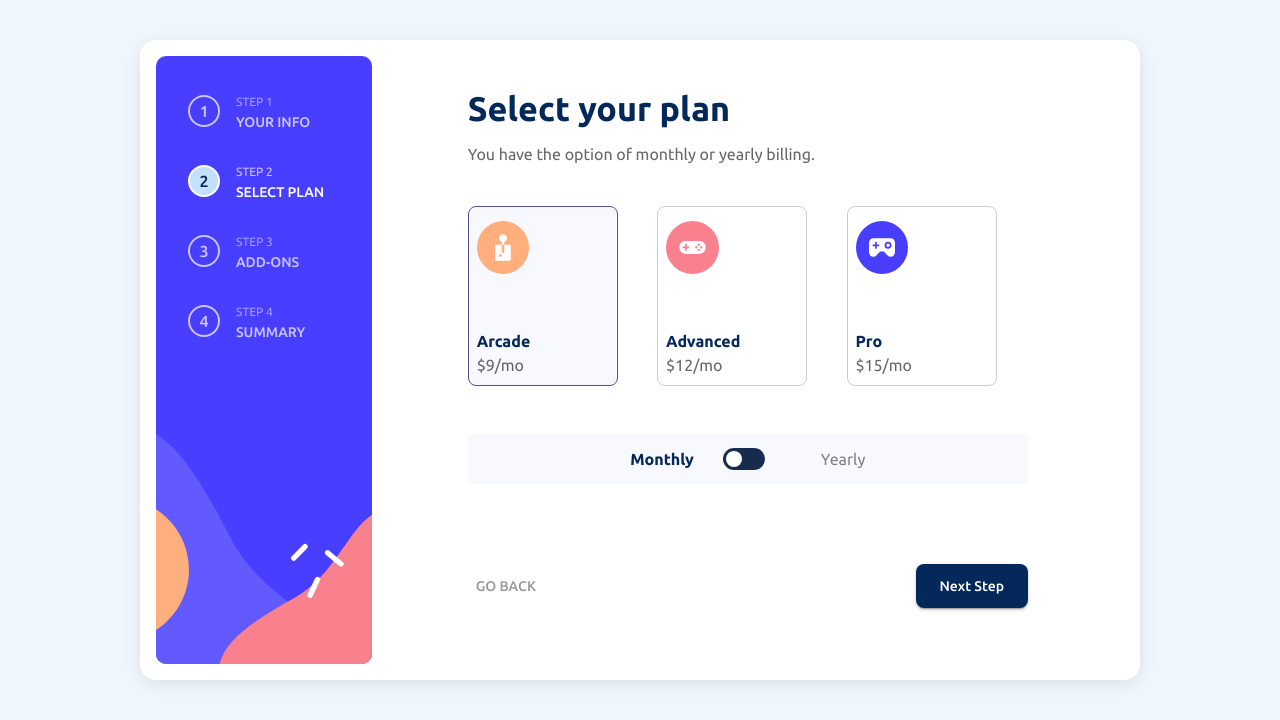
Repository: ozerrrs/chalange7days
Page: / (app in 7dayschalange/7dayschallange/), after clicking the first element matching `button.MuiButtonBase-root`
An editor plug-in stored every save of this project. The page is shown before and after the next save, followed by the edit.
The browser window is 1280 px wide. The pictures show the whole page.
The project was rebuilt for these pictures with package versions that can differ from the ones it lists, and the page was loaded fresh each time. Also part of the build but not shown: 7dayschalange/7dayschallange/vite.config.js.

Above is the page before, as saved 2025-03-06 22:38:25.

### 7dayschalange/7dayschallange/src/main.jsx
import * as React from "react";
import * as ReactDOM from "react-dom/client";
import { ThemeProvider } from "@mui/material/styles";
import { CssBaseline } from "@mui/material";
import theme from "./theme/theme";
import App from "./App";
import "./index.css";
ReactDOM.createRoot(document.getElementById("root")).render(
  <React.StrictMode>
    <ThemeProvider theme={theme}>
      <CssBaseline />
      <App />
    </ThemeProvider>
  </React.StrictMode>
);

### 7dayschalange/7dayschallange/src/theme/theme.jsx
import { createTheme } from "@mui/material/styles";

const theme = createTheme({
  typography: {
    fontFamily: "'Ubuntu', sans-serif",
    h4: {
      fontWeight: 700,
    },
    h2: {
      fontWeight: 500,
    },
  },
  components: {
    MuiCssBaseline: {
      styleOverrides: `
        body {
          background-color: #f0f7ff;
        }
      `,
    },
  },
});

export default theme;

### 7dayschalange/7dayschallange/src/App.jsx
import { Routes, Route, BrowserRouter } from "react-router-dom";
import FirstPage from "./pages/firstPage";
import "@fontsource/ubuntu/400.css"; // Regular
import "@fontsource/ubuntu/500.css"; // Medium
import "@fontsource/ubuntu/700.css"; // Bold
function App() {
  return (
    <BrowserRouter>
      <Routes>
        <Route path="/" element={<FirstPage />} />
        {/* <Route path="/about" element={<About />} />
          <Route path="/login" element={<Login />} />
          <Route path="/register" element={<Register />} /> */}
      </Routes>
    </BrowserRouter>
  );
}
export default App;

### 7dayschalange/7dayschallange/src/index.css
#root {
  height: 100vh;
  width: 100vw;
  background-color: #f0f7ff;
}

### 7dayschalange/7dayschallange/src/pages/firstPage.jsx
import React, { useState } from "react";
import {
  Box,
  TextField,
  Typography,
  Button,
  Stepper,
  Step,
  StepLabel,
  Paper,
  Container,
  Grid,
  CssBaseline,
  Radio,
  RadioGroup,
  FormControlLabel,
  FormControl,
  FormGroup,
  Switch,
} from "@mui/material";
import { styled, ThemeProvider } from "@mui/material/styles";
// Import the background image for the sidebar
import backgroundNav from "../assets/bg-sidebar-desktop.svg";
import arcadeIcon from "../assets/icon-arcade.svg";
import advancedIcon from "../assets/icon-advanced.svg";
import proIcon from "../assets/icon-pro.svg";

const FormContainer = styled(Paper)(({ theme }) => ({
  padding: theme.spacing(2),
  borderRadius: 16,
  boxShadow: "0px 4px 20px rgba(0, 0, 0, 0.1)",
  display: "flex",
  overflow: "hidden",
  minWidth: 1000,
  minHeight: 640,
  margin: "0 auto",
  position: "absolute",
  top: "50%",
  left: "50%",
  transform: "translate(-50%, -50%)",
}));

const SideBar = styled(Box)(({ theme }) => ({
  padding: theme.spacing(4),
  borderRadius: "10px 10px 10px 10px",
  color: "white",
  width: 274,
  position: "relative",
  overflow: "hidden",
  background: "none",
  minHeight: 568,
}));

const ContentArea = styled(Box)(({ theme }) => ({
  paddingLeft: theme.spacing(12),
  paddingRight: theme.spacing(12),
  paddingTop: theme.spacing(4),
  paddingBottom: theme.spacing(4),
  width: "100%",
  height: 568, // Fixed height to match sidebar
  display: "flex",
  flexDirection: "column",
  justifyContent: "space-between", // This will push the button to the bottom
}));

const NextButton = styled(Button)(({ theme }) => ({
  backgroundColor: "#04285a",
  color: "white",
  borderRadius: 8,
  padding: "10px 24px",
  textTransform: "none", // This prevents uppercase text

  "&:hover": {
    backgroundColor: "#172b4d",
  },
}));

const StyledTextField = styled(TextField)(({ theme }) => ({
  marginBottom: theme.spacing(2),
  "& .MuiOutlinedInput-root": {
    borderRadius: "10px",
    "& fieldset": {
      borderRadius: "10px",
    },
  },
}));

const StepNumber = styled(Box)(({ theme, active }) => ({
  width: 32,
  height: 32,
  borderRadius: "50%",
  border: "2px solid white",
  display: "flex",
  alignItems: "center",
  justifyContent: "center",
  marginRight: theme.spacing(2),
  backgroundColor: active ? "#c3e0ff" : "transparent", // Blue background when active
  color: active ? "#04285a" : "white",
  fontWeight: 500,
}));

const StepItem = styled(Box)(({ theme, active }) => ({
  display: "flex",
  alignItems: "center",
  marginBottom: theme.spacing(3),
  opacity: active ? 1 : 0.7,
}));

const PlanCard = styled(Box)(({ theme, selected }) => ({
  padding: theme.spacing(1),
  borderRadius: 8,
  flex: 1,
  border: selected ? "1px solid #544e98" : "1px solid #ccc",
  backgroundColor: selected ? "#f8f9ff" : "transparent",
  cursor: "pointer",
  width: "150px",
  height: "180px",
  transition: "all 0.2s ease-in-out",
  display: "flex",
  flexDirection: "column",
  alignItems: "flex-start",
  justifyContent: "space-between",

  "&:hover": {
    borderColor: "#04285a",
  },
}));

const MonthlyYearlyCard = styled(Box)(({ theme }) => ({
  padding: theme.spacing(1),
  borderRadius: 4,
  backgroundColor: "#f8f9ff",
  width: "%100",
  height: "50px",
  display: "flex",
  flexDirection: "row",
  alignItems: "center",
  justifyContent: "center",
  marginTop: theme.spacing(6),
  marginBottom: theme.spacing(6),
}));

const AddOnsCard = styled(Box)(({ theme, selected }) => ({
  padding: theme.spacing(1),
  borderRadius: 8,
  flex: 1,
  border: selected ? "1px solid #544e98" : "1px solid #ccc",
  backgroundColor: selected ? "#f8f9ff" : "transparent",
  cursor: "pointer",
  width: "%20",
  height: "%60",
  transition: "all 0.2s ease-in-out",
  display: "flex",
  flexDirection: "column",
  alignItems: "flex-start",
  justifyContent: "space-between",

  "&:hover": {
    borderColor: "#04285a",
  },
}));

const CustomStyledSwitch = styled(Switch)(({ theme }) => ({
  padding: 8,
  "& .MuiSwitch-track": {
    borderRadius: 22 / 2,
    opacity: 1,
  },
  "& .MuiSwitch-thumb": {
    backgroundColor: "white",
    boxShadow: "none",
    width: 16,
    height: 16,
    margin: 2,
  },
  "& .MuiSwitch-switchBase.Mui-checked + .MuiSwitch-track": {
    backgroundColor: "#172b4d",
    opacity: 1,
  },
  "& .MuiSwitch-switchBase + .MuiSwitch-track": {
    backgroundColor: "#172b4d",
  },
}));

const steps = [
  { label: "YOUR INFO", description: "Personal details" },
  { label: "SELECT PLAN", description: "Choose your plan" },
  { label: "ADD-ONS", description: "Add extra features" },
  { label: "SUMMARY", description: "Review your order" },
];

function MultiStepForm() {
  const [activeStep, setActiveStep] = useState(0);
  const [formData, setFormData] = useState({
    name: "",
    email: "",
    phone: "",
    plan: "arcade",
    billingCycle: "monthly",
    pickArray: [],
  });

  const handleInputChange = (e) => {
    const { name, value } = e.target;
    setFormData({
      ...formData,
      [name]: value,
    });
  };

  const handlePlanChange = (event) => {
    setFormData({
      ...formData,
      plan: event.target.value,
    });
  };

  const handleBillingCycleChange = (event) => {
    setFormData({
      ...formData,
      billingCycle: event.target.checked ? "yearly" : "monthly",
    });
  };

  const handleNext = () => {
    setActiveStep((prevActiveStep) => prevActiveStep + 1);
  };

  const handleBack = () => {
    setActiveStep((prevActiveStep) => prevActiveStep - 1);
  };

  const getStepContent = (step) => {
    switch (step) {
      case 0:
        return (
          <Box>
            <Typography
              variant="h4"
              gutterBottom
              fontWeight="bold"
              sx={{ color: "#04285a" }}
            >
              Personal info
            </Typography>
            <Typography color="textSecondary" paragraph>
              Please provide your name, email address, and phone number.
            </Typography>

            <Box mt={3}>
              <Typography fontWeight={500} mb={1} sx={{ color: "#04285a" }}>
                Name
              </Typography>
              <StyledTextField
                fullWidth
                placeholder="e.g. Stephen King"
                name="name"
                value={formData.name}
                onChange={handleInputChange}
                variant="outlined"
              />

              <Typography fontWeight={500} mb={1} sx={{ color: "#04285a" }}>
                Email Address
              </Typography>

              <StyledTextField
                fullWidth
                placeholder="e.g. stephenking@lorem.com"
                name="email"
                value={formData.email}
                onChange={handleInputChange}
                variant="outlined"
              />

              <Typography fontWeight={500} mb={1} sx={{ color: "#04285a" }}>
                Phone Number
              </Typography>

              <StyledTextField
                fullWidth
                placeholder="e.g. +1 234 567 890"
                name="phone"
                value={formData.phone}
                onChange={handleInputChange}
                variant="outlined"
              />
            </Box>
          </Box>
        );
      case 1:
        return (
          <Box>
            <Typography
              variant="h4"
              gutterBottom
              fontWeight="bold"
              sx={{ color: "#04285a" }}
            >
              Select your plan
            </Typography>
            <Typography color="textSecondary" paragraph>
              You have the option of monthly or yearly billing.
            </Typography>

            <FormControl component="fieldset" sx={{ width: "100%", mt: 3 }}>
              <RadioGroup
                aria-label="plan"
                name="plan"
                value={formData.plan}
                onChange={handlePlanChange}
                sx={{ display: "flex", flexDirection: "row", gap: "8px" }} // Further reduced gap between plan cards
              >
                <FormControlLabel
                  value="arcade"
                  control={<Radio sx={{ display: "none" }} />}
                  label={
                    <PlanCard selected={formData.plan === "arcade"}>
                      <img
                        src={arcadeIcon}
                        alt="background"
                        style={{
                          width: "40%",
                          height: "40%",
                          objectFit: "contain",
                        }}
                      />
                      <Box sx={{ width: "100%" }}>
                        <Typography fontWeight="bold" sx={{ color: "#04285a" }}>
                          Arcade
                        </Typography>
                        <Typography color="textSecondary">
                          {formData.billingCycle === "monthly"
                            ? "$9/mo"
                            : "$90/yr"}
                        </Typography>
                        {formData.billingCycle === "yearly" && (
                          <Typography variant="caption" color="primary">
                            2 months free
                          </Typography>
                        )}
                      </Box>
                    </PlanCard>
                  }
                  sx={{ margin: 0, flex: 1 }}
                />

                <FormControlLabel
                  value="advanced"
                  control={<Radio sx={{ display: "none" }} />}
                  label={
                    <PlanCard selected={formData.plan === "advanced"}>
                      <img
                        src={advancedIcon}
                        alt="background"
                        style={{
                          width: "40%",
                          height: "40%",
                          objectFit: "contain",
                        }}
                      />
                      <Box sx={{ width: "100%" }}>
                        <Typography fontWeight="bold" sx={{ color: "#04285a" }}>
                          Advanced
                        </Typography>
                        <Typography color="textSecondary">
                          {formData.billingCycle === "monthly"
                            ? "$12/mo"
                            : "$120/yr"}
                        </Typography>
                        {formData.billingCycle === "yearly" && (
                          <Typography variant="caption" color="primary">
                            2 months free
                          </Typography>
                        )}
                      </Box>
                    </PlanCard>
                  }
                  sx={{ margin: 0, flex: 1 }}
                />

                <FormControlLabel
                  value="pro"
                  control={<Radio sx={{ display: "none" }} />}
                  label={
                    <PlanCard selected={formData.plan === "pro"}>
                      <img
                        src={proIcon}
                        alt="background"
                        style={{
                          width: "40%",
                          height: "40%",
                          objectFit: "contain",
                        }}
                      />
                      <Box sx={{ width: "100%" }}>
                        <Typography fontWeight="bold" sx={{ color: "#04285a" }}>
                          Pro
                        </Typography>
                        <Typography color="textSecondary">
                          {formData.billingCycle === "monthly"
                            ? "$15/mo"
                            : "$150/yr"}
                        </Typography>
                        {formData.billingCycle === "yearly" && (
                          <Typography variant="caption" color="primary">
                            2 months free
                          </Typography>
                        )}
                      </Box>
                    </PlanCard>
                  }
                  sx={{ margin: 0, flex: 1 }}
                />
              </RadioGroup>
            </FormControl>

            <MonthlyYearlyCard>
              <Typography
                fontWeight={
                  formData.billingCycle === "monthly" ? "bold" : "normal"
                }
                sx={{
                  color:
                    formData.billingCycle === "monthly" ? "#04285a" : "gray",
                  mr: 4,
                }}
              >
                Monthly
              </Typography>

              <FormControlLabel
                control={
                  <CustomStyledSwitch
                    checked={formData.billingCycle === "yearly"}
                    onChange={handleBillingCycleChange}
                  />
                }
                label=""
              />

              <Typography
                fontWeight={
                  formData.billingCycle === "yearly" ? "bold" : "normal"
                }
                sx={{
                  color:
                    formData.billingCycle === "yearly" ? "#04285a" : "gray",
                  ml: 4,
                }}
              >
                Yearly
              </Typography>
            </MonthlyYearlyCard>
          </Box>
        );
      case 2:
        return (
          <Box>
            <Typography
              variant="h4"
              gutterBottom
              fontWeight="bold"
              sx={{ color: "#04285a" }}
            >
              Pick add-ons
            </Typography>
            <Typography color="textSecondary" paragraph>
              Add-ons help enhance your gaming experience.
            </Typography>

            <Box>
              <AddOnsCard selected={formData.pickArray[0] === "online-service"}>
                <Box sx={{ width: "80%" }}>
                  <Typography fontWeight="bold" sx={{ color: "#04285a" }}>
                    Online service
                  </Typography>
                  <Typography color="textSecondary">
                    Access to multiplayer services
                  </Typography>
                </Box>
              </AddOnsCard>
            </Box>

            {/* Add-ons content will go here */}
          </Box>
        );
      case 3:
        return (
          <Box>
            <Typography
              variant="h4"
              gutterBottom
              fontWeight="bold"
              sx={{ color: "#04285a" }}
            >
              Summary
            </Typography>
            <Typography color="textSecondary" paragraph>
              Please confirm your selections.
            </Typography>
            <Box sx={{ mt: 2, p: 2, bgcolor: "#f8f9ff", borderRadius: 2 }}>
              <Typography fontWeight="bold" sx={{ color: "#04285a" }}>
                Selected Plan:{" "}
                {formData.plan.charAt(0).toUpperCase() + formData.plan.slice(1)}{" "}
                ({formData.billingCycle})
              </Typography>
            </Box>
          </Box>
        );
      default:
        return "Unknown step";
    }
  };

  return (
    <FormContainer>
      <SideBar>
        <Box
          sx={{
            position: "absolute",
            top: 0,
            left: 0,
            width: "100%",
            height: "100%",
            zIndex: 0,
          }}
        >
          <img
            src={backgroundNav}
            alt="background"
            style={{ width: "100%", height: "100%", objectFit: "cover" }}
          />
        </Box>
        <Box sx={{ position: "relative", zIndex: 1 }}>
          {steps.map((step, index) => (
            <StepItem key={index} active={activeStep === index}>
              <StepNumber active={activeStep === index}>{index + 1}</StepNumber>

              <Box>
                <Typography variant="caption" sx={{ opacity: 0.7 }}>
                  STEP {index + 1}
                </Typography>
                <Typography variant="subtitle2">{step.label}</Typography>
              </Box>
            </StepItem>
          ))}
        </Box>
      </SideBar>

      <ContentArea>
        <Box>{getStepContent(activeStep)}</Box>

        <Box sx={{ display: "flex", justifyContent: "space-between", mt: 4 }}>
          {activeStep !== 0 ? (
            <Button onClick={handleBack} sx={{ color: "#99989d" }}>
              Go Back
            </Button>
          ) : (
            <div></div> // Empty div to maintain spacing
          )}
          <NextButton variant="contained" onClick={handleNext}>
            Next Step
          </NextButton>
        </Box>
      </ContentArea>
    </FormContainer>
  );
}

export default MultiStepForm;

Loaded but not shown: 7dayschalange/7dayschallange/index.html (common file)

After the next save:
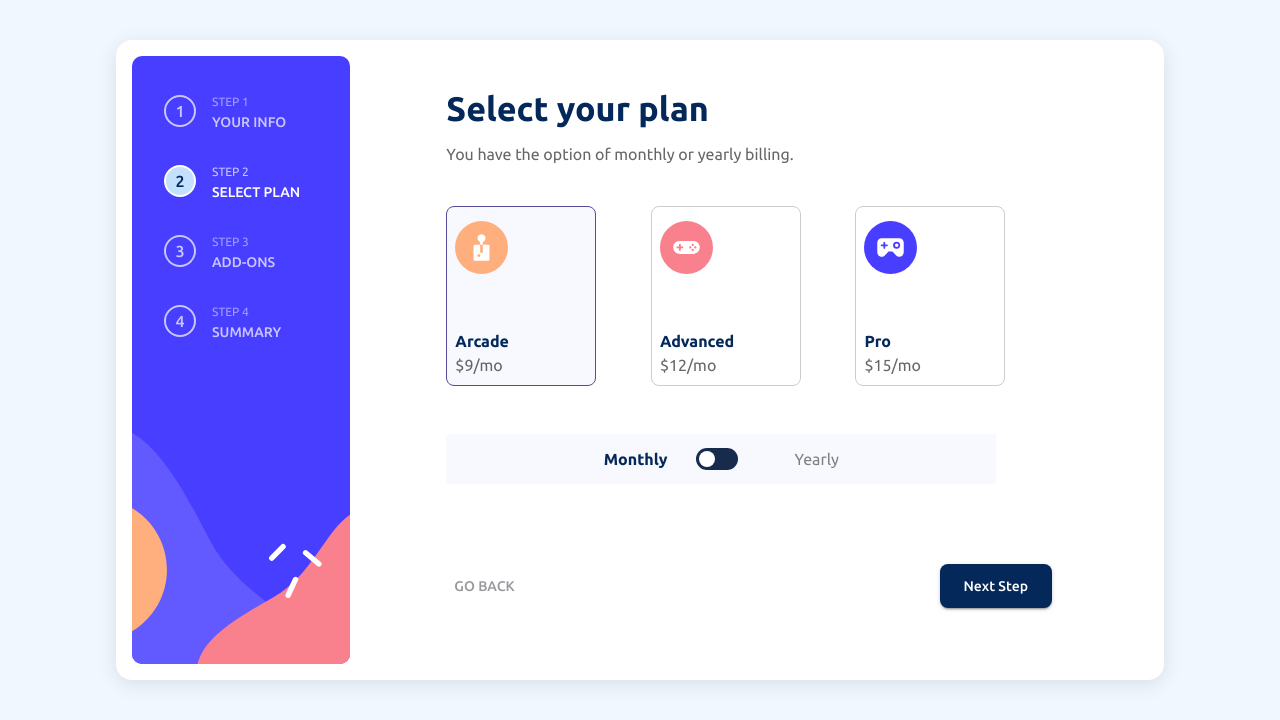
Saved 40 s later.
--- a/7dayschalange/7dayschallange/src/pages/firstPage.jsx
+++ b/7dayschalange/7dayschallange/src/pages/firstPage.jsx
@@ -130,7 +130,7 @@
   padding: theme.spacing(1),
   borderRadius: 4,
   backgroundColor: "#f8f9ff",
-  width: "%100",
+  width: "550px",
   height: "50px",
   display: "flex",
   flexDirection: "row",
@@ -147,8 +147,8 @@
   border: selected ? "1px solid #544e98" : "1px solid #ccc",
   backgroundColor: selected ? "#f8f9ff" : "transparent",
   cursor: "pointer",
-  width: "%20",
-  height: "%60",
+  width: "150px",
+  height: "180px",
   transition: "all 0.2s ease-in-out",
   display: "flex",
   flexDirection: "column",

After the 2 saves that followed:
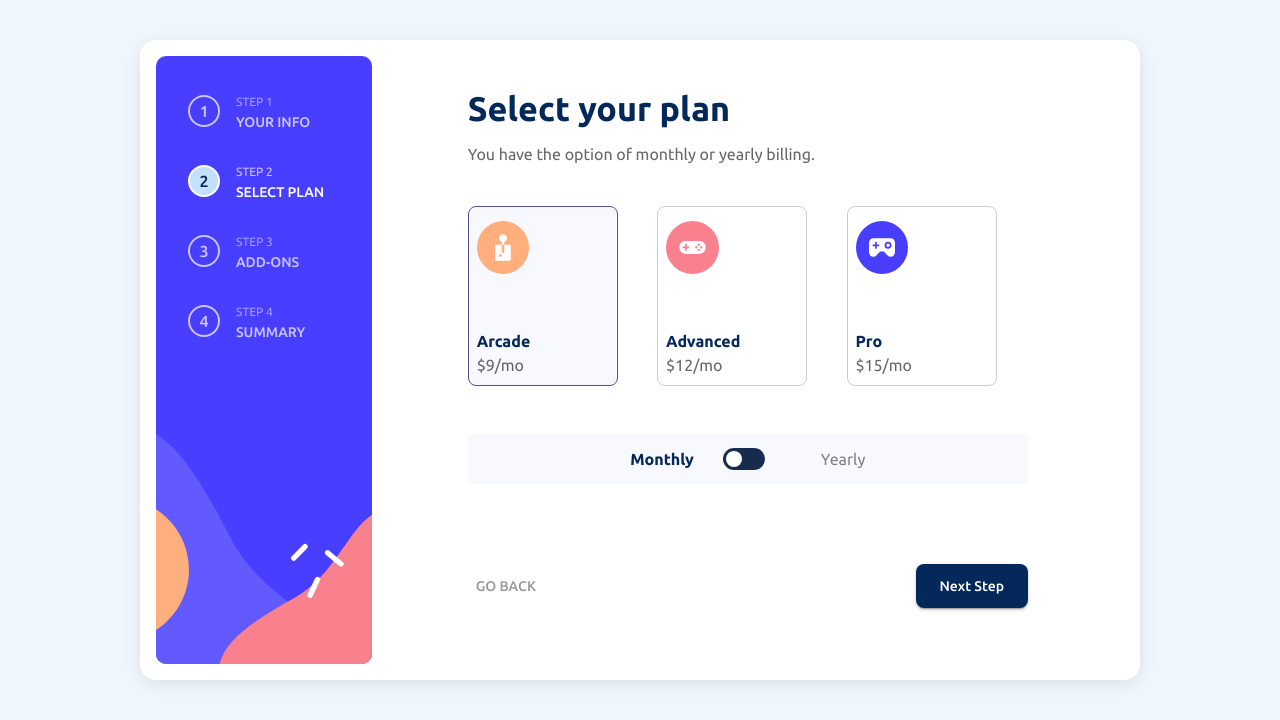
The 2 saves are shown as one change because 1 left the picture as it was.
The last was saved 9 min 20 s later.
--- a/7dayschalange/7dayschallange/src/pages/firstPage.jsx
+++ b/7dayschalange/7dayschallange/src/pages/firstPage.jsx
@@ -130,7 +130,7 @@
   padding: theme.spacing(1),
   borderRadius: 4,
   backgroundColor: "#f8f9ff",
-  width: "550px",
+  width: "100%",
   height: "50px",
   display: "flex",
   flexDirection: "row",
@@ -147,7 +147,7 @@
   border: selected ? "1px solid #544e98" : "1px solid #ccc",
   backgroundColor: selected ? "#f8f9ff" : "transparent",
   cursor: "pointer",
-  width: "150px",
+  width: "80%",
   height: "180px",
   transition: "all 0.2s ease-in-out",
   display: "flex",
@@ -471,7 +471,7 @@
 
             <Box>
               <AddOnsCard selected={formData.pickArray[0] === "online-service"}>
-                <Box sx={{ width: "80%" }}>
+                <Box sx={{ width: "100%" }}>
                   <Typography fontWeight="bold" sx={{ color: "#04285a" }}>
                     Online service
                   </Typography>
